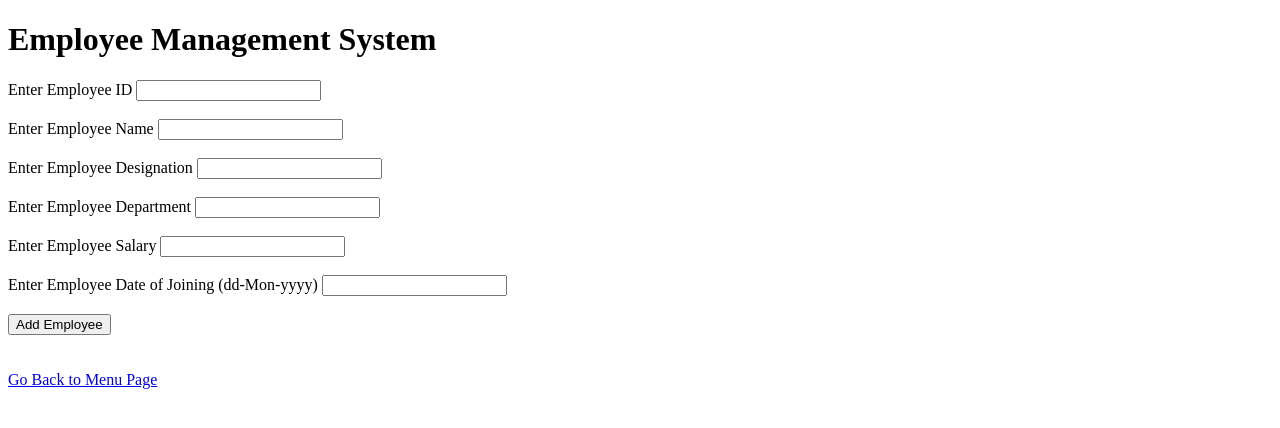
Repository: brnce/Wiley-Java-Project
Page: http://localhost/AddNewEmployee
These files come from the project's save history. The page is drawn as it stood at one moment and after the next save; the edit follows.
The browser window is 1280 px wide. The pictures show the whole page.
The page is this project's Thymeleaf template; nobody is signed in. The template is opened directly, without the code that normally fills it, so the values that code supplies are empty.

Above is the page before, as saved 2022-11-30 14:47:40.

### SpringBootMVCProject/EmployeeSpringBootMVCProject/src/main/resources/templates/AddNewEmployee.html
<!DOCTYPE html>
<html>
<head>
<meta charset="ISO-8859-1">
<title>Employee</title>
</head>
<body>
<h1>Employee Management System</h1>

<form action="./addEmployee">
	Enter Employee ID <input type="text" name="empId"><br><br>
	Enter Employee Name <input type="text" name="empName"><br><br>
	Enter Employee Designation <input type="text" name="empDesignation"><br><br>
	Enter Employee Department <input type="text" name="empDepartment"><br><br>
	Enter Employee Salary <input type="text" name="empSalary"><br><br>
	Enter Employee Date of Joining (dd-Mon-yyyy) <input type="text" name="dateOfJoining"><br><br>
	<input type="submit" value="Add Employee">
</form>
<br><br>
<a href="./">Go Back to Menu Page</a>
</body>
</html>

After the next save:
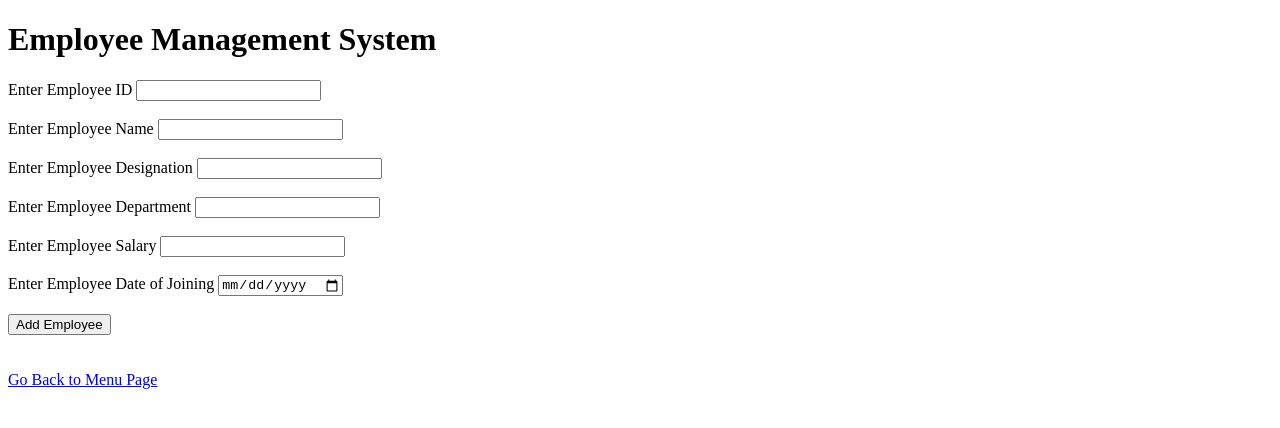
Saved 74 s later.
--- a/SpringBootMVCProject/EmployeeSpringBootMVCProject/src/main/resources/templates/AddNewEmployee.html
+++ b/SpringBootMVCProject/EmployeeSpringBootMVCProject/src/main/resources/templates/AddNewEmployee.html
@@ -13,7 +13,7 @@
 	Enter Employee Designation <input type="text" name="empDesignation"><br><br>
 	Enter Employee Department <input type="text" name="empDepartment"><br><br>
 	Enter Employee Salary <input type="text" name="empSalary"><br><br>
-	Enter Employee Date of Joining (dd-Mon-yyyy) <input type="text" name="dateOfJoining"><br><br>
+	Enter Employee Date of Joining <input type="date" name="dateOfJoining"><br><br>
 	<input type="submit" value="Add Employee">
 </form>
 <br><br>
